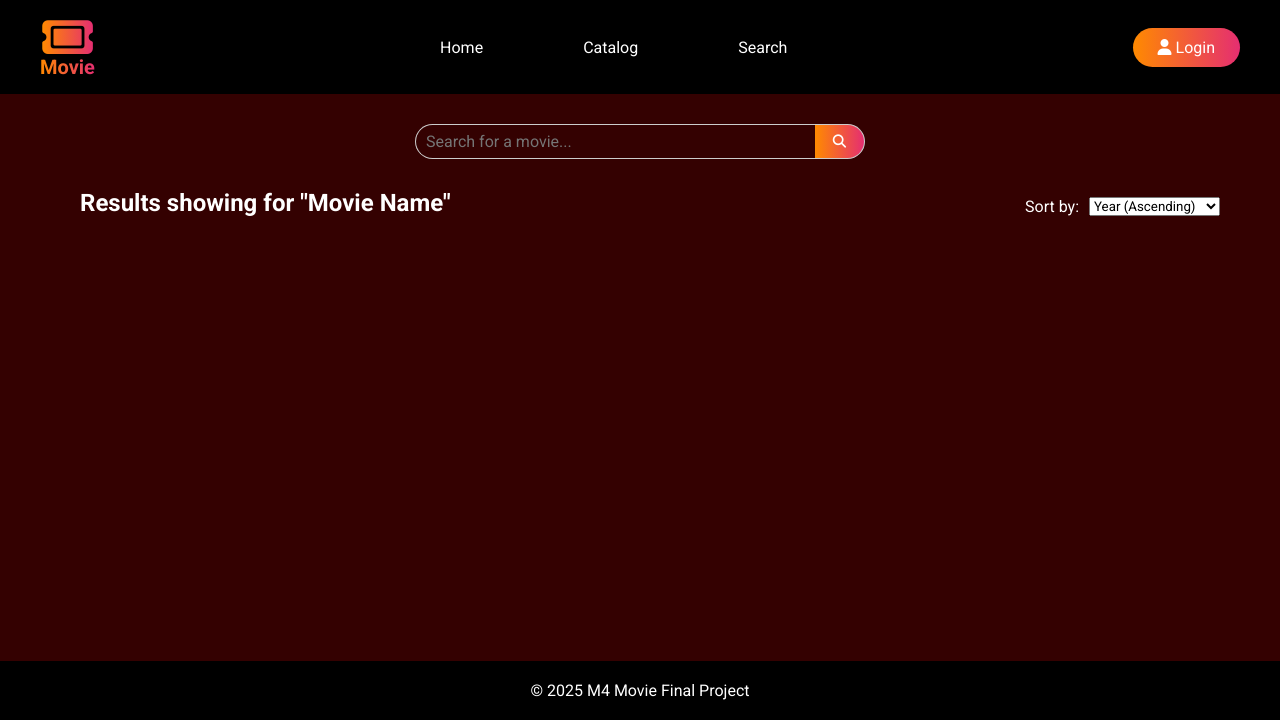
Repository: avivanguyen/m4_movie-FinalProject
Page: index.html
An editor plug-in stored every save of this project. The page is shown before and after the next save, followed by the edit.
The browser window is 1280 px wide. The pictures show the whole page.
Some web libraries are served in a nearby version.

Above is the page before, as saved 2025-12-30 08:03:22.

### index.html
<!DOCTYPE html>
<html lang="en">
<head>
    <meta charset="UTF-8">
    <meta name="viewport" content="width=device-width, initial-scale=1.0">
    <title>M4 Movie Final Project</title>
    <link rel="stylesheet" href="styles.css">
    <script src="script.js" defer></script>
    <script src="https://kit.fontawesome.com/2588cf0bac.js" crossorigin="anonymous"></script>
</head>
<body>
    <nav>
        <div class="logo">
            <i class="fa-solid fa-ticket logo__ticket"></i>
            <h1 class="logo__title">Movie</h1>
        </div>
        <ul class="nav-links">
            <li><a href="#">Home</a></li>
            <li><a href="#">Catalog</a></li>
            <li><a href="#">Search</a></li>
        </ul>
        <div class="login">
            <button>
                <a href="#">
                    <i class="fa-solid fa-user login__icon"></i>
                    <span class="login__text">Login</span>
                </a>
            </button>
        </div>
    </nav>
    <main>
        <section class="search-section">
            <input type="text" id="search-input" placeholder="Search for a movie..." onchange="onSearchMovie(event)">
            <button id="search-button"><i class="fa-solid fa-magnifying-glass"></i></button>
        </section>
        <section class="results__section">
            <div id="results__container">
                <div class="breadcrumb">
                    <h2>Results showing for "<span id="search-term">Movie Name</span>"</h2>
                </div>
                <div class="sort">
                    <label for="sort-select">Sort by:</label>
                    <select id="sort-select" onchange="onSortChange(event)">
                        <option value="year-ascending">Year (Ascending)</option>
                        <option value="year-descending">Year (Descending)</option>
                        <option value="title-ascending">Movie Title (A-Z)</option>
                        <option value="title-descending">Movie Title (Z-A)</option>
                    </select>
                </div>
                <div class="loading hidden">
                    <i class="fa fa-spinner fa-spin"></i>
                </div>
                <div class="movie">
                    <div class="movie-card hidden">
                        <div class="movie-card__container" onclick="toggleModal()">
                            <div class="movie__poster">
                                <img src="./assets/movie_poster-placeholder.png" alt="">
                            </div>
                            <div class="movie__title">Movie Title</div>
                            <div class="movie__year">20XX</div>
                        </div>
                    </div>
                    <!-- <div class="movie-card">
                        <div class="movie-card__container" onclick="toggleModal()">
                            <div class="movie__poster">
                                <img src="./assets/movie_poster-placeholder.png" alt="">
                            </div>
                            <div class="movie__title">Movie Title</div>
                            <div class="movie__year">20XX</div>
                        </div>
                    </div>
                    <div class="movie-card">
                        <div class="movie-card__container" onclick="toggleModal()">
                            <div class="movie__poster">
                                <img src="./assets/movie_poster-placeholder.png" alt="">
                            </div>
                            <div class="movie__title">Movie Title</div>
                            <div class="movie__year">20XX</div>
                        </div>
                    </div>
                    <div class="movie-card">
                        <div class="movie-card__container" onclick="toggleModal()">
                            <div class="movie__poster">
                                <img src="./assets/movie_poster-placeholder.png" alt="">
                            </div>
                            <div class="movie__title">Movie Title</div>
                            <div class="movie__year">20XX</div>
                        </div>
                    </div>
                    <div class="movie-card">
                        <div class="movie-card__container" onclick="toggleModal()">
                            <div class="movie__poster">
                                <img src="./assets/movie_poster-placeholder.png" alt="">
                            </div>
                            <div class="movie__title">Movie Title</div>
                            <div class="movie__year">20XX</div>
                        </div>
                    </div>
                    <div class="movie-card">
                        <div class="movie-card__container" onclick="toggleModal()">
                            <div class="movie__poster">
                                <img src="./assets/movie_poster-placeholder.png" alt="">
                            </div>
                            <div class="movie__title">Movie Title</div>
                            <div class="movie__year">20XX</div>
                        </div>
                    </div> -->
                </div>
            </div>
        </section>
        <div class="modal">
            <div class="modal__half modal__poster">
                <figure>
                    <img src="./assets/movie_poster-placeholder.png" alt="">
                </figure>
            </div>
            <div class="modal__half modal__description">
                <h2 class="modal__title">Movie Title</h2>
                <p class="modal__year">20XX</p>
                <p class="modal__plot">Lorem ipsum dolor sit amet, consectetur adipiscing elit. Sed do eiusmod tempor incididunt ut labore et dolore magna aliqua.</p>
                <ul class="modal__details">
                    <li><strong>Director:</strong> Director Name</li>
                    <li><strong>Actors:</strong> Actor 1, Actor 2, Actor 3</li>
                    <li><strong>Runtime:</strong> XX min</li>
                </ul>
                <button class="watch">Watch Now</button>
            </div>
            <button class="close-button" onclick="toggleModal()">Close</button>
        </div>
    </main>
    <footer>
        <p>&copy; 2025 M4 Movie Final Project</p>
    </footer>
</body>
</html>

### styles.css
@import url('https://fonts.googleapis.com/css2?family=Roboto:ital,wght@0,100..900;1,100..900&display=swap');

* {
    margin: 0;
    padding: 0;
    box-sizing: border-box;
    font-family: 'Roboto', sans-serif;
}

body {
    background-color: #340101;
    min-height: 100vh;
    display: flex;
    flex-direction: column; /*ensures footer stays at bottom*/
}

a {
    text-decoration: none;
}

li {
    list-style: none;
}

.hidden {
    display: none !important;
}

/*
NAVIGATION STYLES
*/
nav {
    display: flex;
    justify-content: space-between;
    align-items: center;
    flex-direction: row;
    background-color: black;
    width: 100%;
    padding: 15px 40px;
}

.logo {
    display: flex;
    align-items: center;
    flex-direction: column;
}

.logo__ticket,
.logo__title {
    background: linear-gradient(90deg, #ff8a00, #e52e71);
    background-clip: text;
    -webkit-background-clip: text;
    -webkit-text-fill-color: transparent;
}

.logo__ticket {
    font-size: 45px;
    margin-bottom: -5px;
}

.logo__title {
    font-size: 20px;
}

.nav-links {
    display: flex;
    flex-direction: row;
    gap: 100px;
}

.nav-links a {
    color: white;
    font-size: 16px;
    transition: color 300ms ease;
}

.nav-links a:hover,
.close-button:hover {
    color: #ff8a00;
}

.login button,
.modal button.watch {
    background: linear-gradient(90deg, #ff8a00, #e52e71);
    border: none;
    padding: 10px 25px;
    border-radius: 50px;
    color: white;
    font-size: 16px;
    cursor: pointer;
    transition: transform 300ms ease;
}
.login button:hover,
.modal button.watch:hover {
    transform: scale(1.1);
}

.login a {
    color: white;
}


/*
SEARCH STYLES
*/
.search-section {
    display: flex;
    justify-content: center;
    align-items: center;
    margin: 30px 0;
}

#search-input {
    width: 400px;
    height: 35px;
    padding: 0 10px;
    font-size: 16px;
    border: 1.5px solid #ccc;
    border-right: none;
    border-radius: 50px 0 0 50px;
    outline: none;
    background-color: transparent;
    color: white;
}

#search-button {
    height: 35px;
    width: 50px;
    outline: none;
    border-radius: 0 50px 50px 0;
    border: 1.5px solid #ccc;
    border-left: none;
    cursor: pointer;
    background: linear-gradient(90deg, #ff8a00, #e52e71);
    transition: all 300ms ease;
    position: relative;
}
#search-button:hover {
    background: transparent;
    border: 2px solid transparent;
    background-image: linear-gradient(#340101, #340101), linear-gradient(90deg, #ff8a00, #e52e71);
    background-origin: border-box;
    background-clip: padding-box, border-box;
}

.search-section #search-button i {
    color: white;
}

.sort label {
    color: white;
    margin-right: 10px;
}

.sort {
    display: flex;
    justify-content: flex-end;
    align-items: center;
    margin-top: -60px;
}

/*
LOADING STYLES
*/
.loading {
    justify-content: center;
    align-items: center;
    margin-top: 20px;
    opacity: 1;
    transition: opacity 500ms ease-in-out;
}

.loading:not(.hidden) {
    display: flex;
}

.loading.hidden {
    opacity: 0;
    transition: opacity 500ms ease-in-out 1000ms;
}

.fa-spinner {
    font-size: 35px;
    color: white;
}

/*
RESULTS STYLES
*/
.breadcrumb {
    color: white;
    margin-left: 20px;
    margin-bottom: 40px;
}

.results__section {
    margin: 0 60px;
}

.movie {
    width: 100%;
    height: auto;
    padding: 0 80px;
    display: flex;
    flex-direction: row;
    flex-wrap: wrap;
    justify-content: center;
}

.movie-card {
    cursor: pointer;
    margin: 15px;
    width: 200px; /*makes sure all cards are same size and that the text doesn't overflow*/
    display: flex;
    flex-direction: row;
    flex-wrap: wrap;
    justify-content: center;
    transition: transform 300ms ease;
}
.movie-card:hover {
    transform: scale(1.05);
    background-color: #4d0d0d;
    border-radius: 8px;
    box-shadow: 0 6px 12px #4d0d0d;
}

.movie-card__container {
    padding: 4px 18px;
}

.movie__poster img {
    width: 200px;
    height: 300px;
    box-shadow: 0 4px 8px rgba(0, 0, 0, 0.2);
}

.movie__title,
.movie__year {
    color: white;
    text-align: center;
    margin-top: 2px;
}

/*
MODAL STYLES
*/
.modal {
    display: flex;
    position: fixed;
    top: 50%;
    left: 50%;
    transform: translate(-50%, -50%);
    width: 90%;
    max-width: 1100px;
    background-color: #4b3434;
    box-shadow: 0 6px 12px #4d0d0d;
    visibility: hidden;
    transition: visibility 400ms, z-index 300ms ease;
}

.modal--open .modal {
    display: flex;
    z-index: 50;
    box-shadow: 0 6px 12px #4d0d0d;
    visibility: visible;
}

.modal__half {
    display: flex;
    flex-direction: column;
    justify-content: center;
    position: relative;
}

.modal__poster img {
    width: 100%;
}

.modal__description {
    padding: 80px;
    color: white;
    line-height: 2.5;
}

.watch {
    margin-top: auto;
    width: 50%;
    display: flex;
    justify-content: center;
    align-items: center;
    margin-left: 100px;
}

.close-button {
    position: absolute;
    top: 15px;
    right: 30px;
    font-size: 20px;
    color: white;
    cursor: pointer;
    background-color: transparent;
    border: none;
}

/*
FOOTER STYLES
*/
footer {
    text-align: center;
    padding: 20px 0;
    background-color: black;
    color: white;
    margin-top: auto;
}


/*
RESPONSIVE STYLES
*/
@media (max-width: 768px) {
    .nav-links {
            gap: 75px;
        }

    #search-input {
        width: 300px;
    }

    .movie-card {
        margin: 15px;
    }

    .modal__description {
        padding: 40px;
        line-height: 2;
    }

    .modal__details {
        margin-bottom: 15px;
    }

    .close-button {
        font-size: 18px;
    }
}

@media (max-width: 480px) {
    nav {
        padding: 8px 20px;
    }
    .nav-links {
        gap: 50px;
    }

    .login__text {
        display: none;
    }
    .login button {
        padding: 10px;
    }

    .movie-card {
        margin: 8px;
    }
    .movie__poster img {
        width: 150px;
        height: auto;
    }
    .movie__title, .movie__year {
        font-size: 20px;
    }

    .results__section {
        margin: 0 20px;
    }
    .movie {
        padding: 0;
    }

    .modal {
        flex-direction: column;
    }
    .modal__description {
        padding: 18px;
        line-height: 1.8;
    }
    .modal__poster {
        display: flex;
        justify-content: center;
        align-items: center;
        text-align: center;
    }
    .modal__poster img {
        width: 50%;
    }
}

### script.js
//API key: 5aa2e87d
//base URL: https://www.omdbapi.com/?apikey=5aa2e87d&s=MOVIE_NAME_HERE

//Modal functionality
let isModalOpen = false;

function toggleModal() {
  if (isModalOpen) {
    isModalOpen = !isModalOpen;
    return document.body.classList.remove("modal--open");
  }
  isModalOpen = true;
  document.body.classList += " modal--open";
}

//Search functionality
async function onSearchMovie(event) {
  const searchMovie = event.target.value;

  if (!searchMovie) return;

  //breadcrumb
  document.getElementById("search-term").textContent = searchMovie;

  const movieContainer = document.querySelector(".movie");
  const loadingSpinner = document.querySelector(".loading");

  loadingSpinner.classList.remove("hidden");

  // Fetch movies from API
  const response = await fetch(
    `https://www.omdbapi.com/?apikey=5aa2e87d&s=${searchMovie}`
  );
  const data = await response.json();

  loadingSpinner.classList.add("hidden");

  if (data.Response === "True") {
    movieContainer.innerHTML = data.Search
    .slice(0, 6) // Limit to first 6 results//
      .map((movie) => movieCardHtml(movie))
      .join("");
  } else {
    movieContainer.innerHTML = `<div class="breadcrumb">
            <h2>Results showing for "<span id="search-term">${searchMovie}</span>"</h2>
        </div>`;
  }
}

//Movie card results
function movieCardHtml(movie) {
  return `
    <div class="movie-card">
        <div class="movie-card__container" onclick="toggleModal()">
            <div class="movie__poster">
                <img src="${
                  movie.Poster !== "N/A"
                    ? movie.Poster
                    : "./assets/movie_poster-placeholder.png"
                }" alt="">
            </div>
            <div class="movie__title">${movie.Title}</div>
            <div class="movie__year">${movie.Year}</div>
        </div>
    </div>`;
}

// //Movie modal results
// async function movieModalHtml(imdbID) {
//   toggleModal();
//   const response = await fetch(
//     `https://www.omdbapi.com/?apikey=5aa2e87d&i=${imdbID}`
//   );
//   const movie = await response.json();

//   document.querySelector(".modal__poster img").src =
//     movie.Poster !== "N/A"
//       ? movie.Poster
//       : "./assets/movie_poster-placeholder.png";
//   document.querySelector(".modal__title").textContent = movie.Title;
//   document.querySelector(".modal__year").textContent = movie.Year;
// }
// function movieModalHtml(movie) {
//   return `
//     <div class="modal">
//             <div class="modal__half modal__poster">
//                 <figure>
//                     <img src="${
//                       movie.Poster !== "N/A"
//                         ? movie.Poster
//                         : "./assets/movie_poster-placeholder.png"
//                     }" alt="">
//                 </figure>
//             </div>
//             <div class="modal__half modal__description">
//                 <h2 class="modal__title">${movie.Title}</h2>
//                 <p class="modal__year">${movie.Year}</p>
//                 <p class="modal__plot">Lorem ipsum dolor sit amet, consectetur adipiscing elit. Sed do eiusmod tempor incididunt ut labore et dolore magna aliqua.</p>
//                 <ul class="modal__details">
//                     <li><strong>Director:</strong> Director Name</li>
//                     <li><strong>Actors:</strong> Actor 1, Actor 2, Actor 3</li>
//                     <li><strong>Runtime:</strong> XX min</li>
//                 </ul>
//                 <button class="watch">Watch Now</button>
//             </div>
//             <button class="close-button" onclick="toggleModal()">Close</button>
//         </div>`;
// }

After the next save:
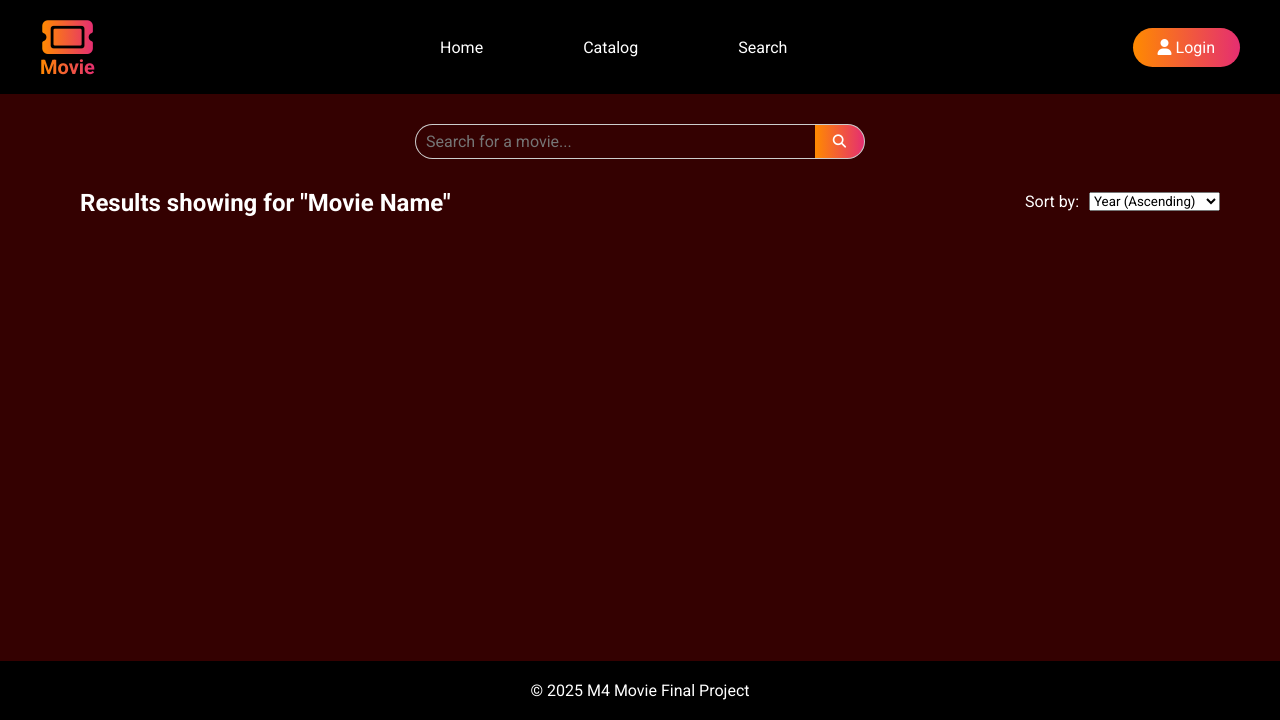
Saved 7 s later.
--- a/styles.css
+++ b/styles.css
@@ -156,7 +156,7 @@ SEARCH STYLES
     display: flex;
     justify-content: flex-end;
     align-items: center;
-    margin-top: -60px;
+    margin-top: -65px;
 }
 
 /*
